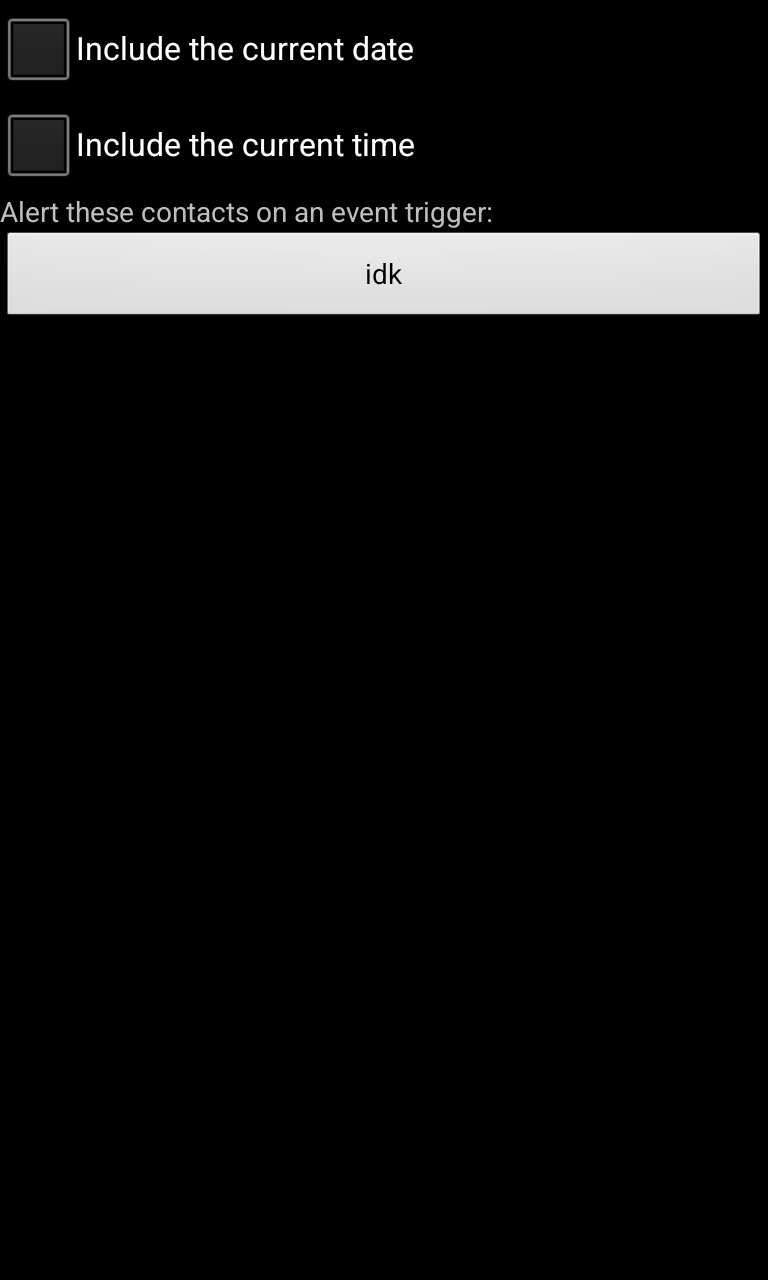
Repository: RaabsIn513/eclipse_workspace
Layout: SAS_revA/res/layout/main_sms_settings.xml
An editor plug-in stored every save of this project. The layout is shown before and after a run of saves, followed by the edit.
It is drawn on a 768 x 1280 px phone screen (xhdpi) without system bars, with theme android:Theme; the app's code is not run. Lists and similar views that code fills are empty.

Above is the layout before, as saved 2012-02-19 21:54:24.

### SAS_revA/res/layout/main_sms_settings.xml
<?xml version="1.0" encoding="utf-8"?>
<LinearLayout xmlns:android="http://schemas.android.com/apk/res/android"
    android:layout_width="fill_parent"
    android:layout_height="fill_parent"
    android:orientation="vertical" >

   <CheckBox android:id="@+id/include_date"
        android:layout_width="wrap_content"
        android:layout_height="wrap_content"
        android:text="@string/include_date_cb" />

	<CheckBox android:id="@+id/include_time"
        android:layout_width="wrap_content"
        android:layout_height="wrap_content"
        android:text="@string/include_time_cb" />

	<TextView
        android:layout_width="fill_parent"
        android:layout_height="wrap_content"
        android:text="Alert these contacts on an event trigger:" />

	<Button
	    android:id="@+id/btnIdk"
	    android:layout_width="fill_parent"
	    android:layout_height="wrap_content"
	    android:text="idk"/>


	<ListView
	    android:id="@+id/listNumbers"
	    android:layout_width="fill_parent"
	    android:layout_height="wrap_content" />

</LinearLayout>

### SAS_revA/res/values/strings.xml
<?xml version="1.0" encoding="utf-8"?>
<resources>

    <string name="hello">Hello World, SAS_revActivity!</string>

    <string name="app_name">SAS_rev</string>
	<string name="plotAct_text">Plot View</string>
    <string name="testSMSAct_text">Send Test Text Message</string>
    <string name="contactAct_text">Add or Edit an alert contact</string>

	<string name="viewWave_btText">View audio wave plot</string>
    <string name="viewFFT_btText">View FFT plot</string>
    <string name="setThresh_btText">Set the threshold value</string>
    <string name="setSMS_btText">SMS settings</string>
    <string name="sendSMS_btText">Send a test text message</string>

    <string name="include_date_cb">Include the current date</string>
	<string name="include_time_cb">Include the current time</string>
	<string name="fake_data_text">False test data to send</string>

	<string name="edit">Edit</string>
    <string name="addnew">Add New</string>
    <string name="delete">Delete</string>
    <string name="view">View</string>


</resources>

After the next 2 saves:
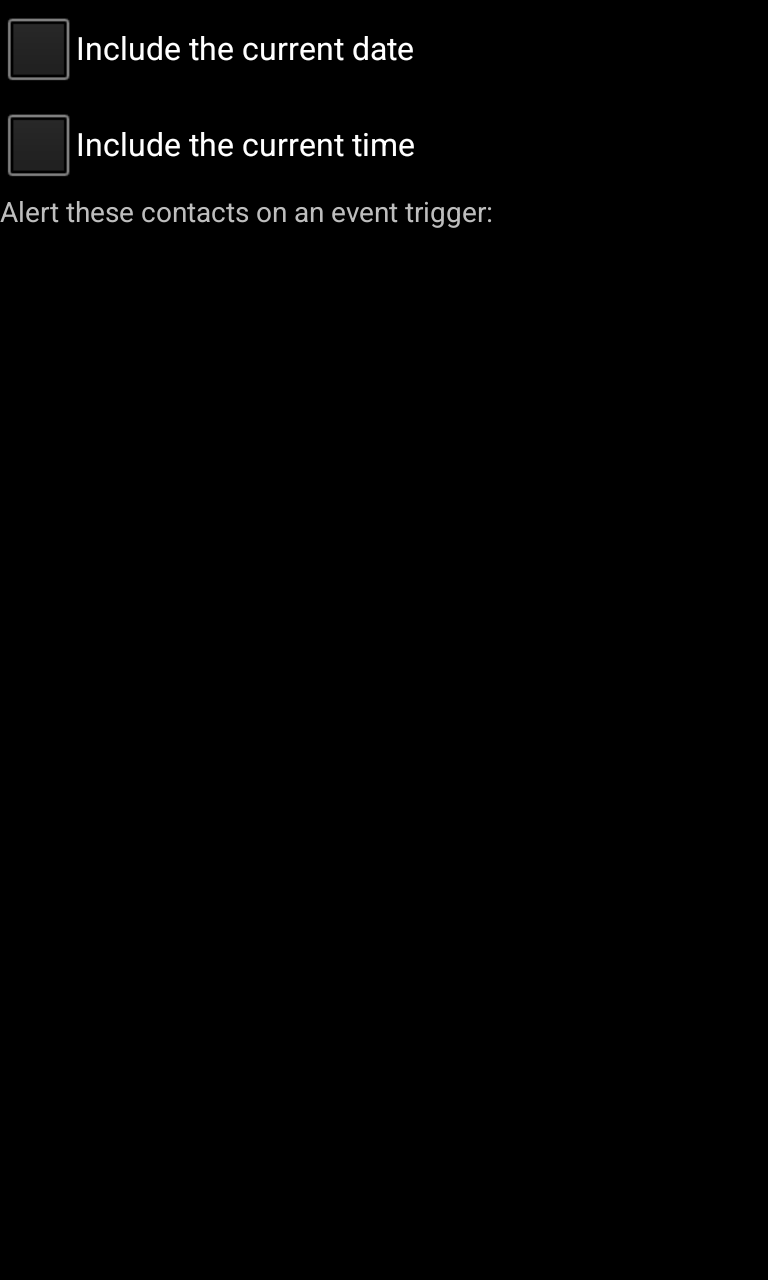
The 2 saves are shown as one change because they came seconds apart.
The last was saved 15 s later.
--- a/SAS_revA/res/layout/main_sms_settings.xml
+++ b/SAS_revA/res/layout/main_sms_settings.xml
@@ -19,13 +19,6 @@
         android:layout_height="wrap_content"
         android:text="Alert these contacts on an event trigger:" />
 
-	<Button
-	    android:id="@+id/btnIdk"
-	    android:layout_width="fill_parent"
-	    android:layout_height="wrap_content"
-	    android:text="idk"/>
-
-
 	<ListView
 	    android:id="@+id/listNumbers"
 	    android:layout_width="fill_parent"
